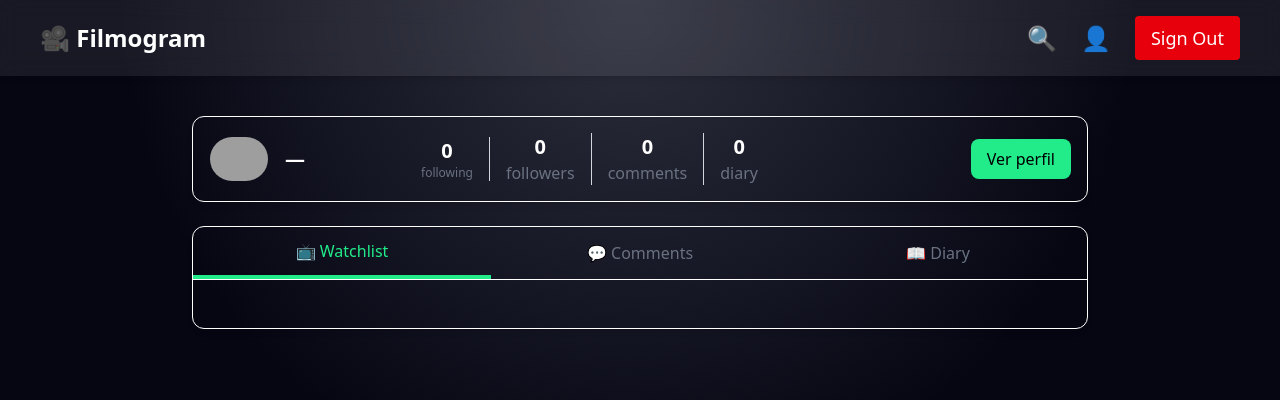
Repository: Leoonard1507/proyecto-final
Page: /client-profile
These files come from the project's save history. The page is drawn as it stood at one moment and after the next save; the edit follows.
The browser window is 1280 px wide. The pictures show the whole page.
Pictures or frames that could not be fetched are drawn as grey boxes. The page's requests for data from a server got no answer. The project was rebuilt for these pictures with package versions that can differ from the ones it lists, and the page was loaded fresh each time. The framework's server and built-in components were replaced by stand-ins that run in the browser. No one was signed in, and anything a server would have sent is missing. Also part of the build but not shown: next.config.ts, src/app/components/profileSections/userWatchlist.tsx, src/app/components/profileSections/userComments.tsx, src/app/components/profileSections/userDiary.tsx, src/libs/axios.ts, src/app/components/profileSections/searchFavsEdit.tsx, src/app/components/profileSections/addFavoritesModal.tsx, src/app/components/profileSections/FavMoviesList.tsx.

Above is the page before, as saved 2025-05-26 13:55:37.

### src/app/layout.tsx
// app/layout.tsx
"use client";

import { SessionProvider } from "next-auth/react";
import "../styles/globals.css";
import { ToastContainer } from 'react-toastify';
import 'react-toastify/dist/ReactToastify.css';


export default function RootLayout({ children }: { children: React.ReactNode }) {
  return (
    <html lang="es">
      <head>
        <title>Filmogram</title>
        <meta name="description" content="Gestiona tu perfil en El Santuario." />
      </head>
      <body className="flex flex-col text-white antialiased">
        {/* Fondo con contenedor dedicado */}
        <div className="min-h-screen w-full bg-radial-pattern">
          <SessionProvider>{children}</SessionProvider>
        </div>
        <ToastContainer />
      </body>
    </html>
  );
}

### src/app/client-profile/page.tsx
"use client";

import { useState, useEffect } from "react";
import { useSession } from "next-auth/react";
import Image from "next/image";
import Navbar from "@/app/components/Navbar";
import { toast } from "react-toastify";
import Watchlist from "../components/profileSections/userWatchlist";
import Comments from "../components/profileSections/userComments";
import Diary from "../components/profileSections/userDiary";
import FavoriteMoviesSection from "../components/profileSections/addFavoritesModal"; // para elegir favs
import FavoriteMoviesList from "../components/profileSections/FavMoviesList"; // para mostrar las favs en el perfil

export default function ProfilePage() {
  const { data: session } = useSession();

  const [name, setName] = useState("");
  const [nickname, setNickname] = useState("");
  const [usermail, setUsermail] = useState("");
  const [role, setRole] = useState("");
  const [birthdate, setBirthdate] = useState("");
  const [loading, setLoading] = useState(false);
  const [isModalOpen, setIsModalOpen] = useState(false);
  const [description, setDescription] = useState("");
  const [avatar, setAvatar] = useState("");
  const [userId, setUserId] = useState("");
  const [showDetails, setShowDetails] = useState(false);
  const [isPasswordModalOpen, setIsPasswordModalOpen] = useState(false);
  const [currentPassword, setCurrentPassword] = useState("");
  const [newPassword, setNewPassword] = useState("");
  const [repeatPassword, setRepeatPassword] = useState("");
  const [activeTab, setActiveTab] = useState("watchlist");
  const [followingCount, setFollowingCount] = useState<number | null>(null);
  const [followerCount, setFollowerCount] = useState<number | null>(null);
  const [commentsCount, setCommentsCount] = useState<number | null>(null);
  const [diaryCount, setDiaryCount] = useState<number | null>(null);

  useEffect(() => {
    if (session?.user?.id) {
      setUserId(session.user.id);
      fetchUserData(session.user.id);
      fetchFollowingCount(session.user.id);
      fetchFollowerCount(session.user.id);
      fetchCommentsCount(session.user.id);
      fetchDiaryCount(session.user.id);
    }
  }, [session]);

  const fetchFollowingCount = async (userId: string) => {
    try {
       const res = await fetch(`/api/seguidos/${userId}`);
      if (!res.ok) throw new Error("Failed to fetch following count");
      const data = await res.json();
      setFollowingCount(data[0]?.following_count ?? 0);
    } catch (error) {
      console.error("Error fetching following count:", error);
      setFollowingCount(0);
    }
  };

  const fetchFollowerCount = async (userId: string) => {
    try {
       const res = await fetch(`/api/seguidores/${userId}`);
      if (!res.ok) throw new Error("Failed to fetch follower count");
      const data = await res.json();
      setFollowerCount(data[0]?.followers_count ?? 0);
    } catch (error) {
      console.error("Error fetching follower count:", error);
      setFollowerCount(0);
    }
  };

  const fetchCommentsCount = async (userId: string) => {
    try {
       const res = await fetch(`/api/countComments/${userId}`);
      if (!res.ok) throw new Error("Failed to fetch comments count");
      const data = await res.json();
      setCommentsCount(data[0]?.comments_count ?? 0);
    } catch (error) {
      console.error("Error fetching comments count:", error);
      setCommentsCount(0);
    }
  };

  const fetchDiaryCount = async (userId: string) => {
    try {
       const res = await fetch(`/api/countDiary/${userId}`);
      if (!res.ok) throw new Error("Failed to fetch diary count");
      const data = await res.json();
      setDiaryCount(data[0]?.diarys_count ?? 0);
    } catch (error) {
      console.error("Error fetching diary count:", error);
      setDiaryCount(0);
    }
  };

  const fetchUserData = async (userId: string) => {
    try {
      const res = await fetch(`/api/user/${userId}`);
      if (!res.ok) throw new Error("No se pudo obtener el usuario");
      const user = await res.json();

      setName(user.name || "");
      setUsermail(user.email || "");
      setRole(user.role || "");
      setBirthdate(user.birthdate || "");
      setNickname(user.nickName || "");
      setDescription(user.description || "");
      setAvatar(user.avatar || `https://api.dicebear.com/7.x/bottts/png?seed=${user.id}`);
      // setFavoriteMovies(user.favorites || []); // Si decides usar favoritas aquí
    } catch (error) {
      console.error("Error al cargar datos del usuario:", error);
    }
  };

  const updateUserProfile = async () => {
    setLoading(true);
    try {
      const dataToSend = {
        nickname,
        name,
        email: usermail,
        role,
        description,
        birthdate,
        avatar,
        currentPassword,
        newPassword,
        // favorites: favoriteMovies,
      };

      const response = await fetch("/api/user/update", {
        method: "POST",
        headers: { "Content-Type": "application/json" },
        body: JSON.stringify(dataToSend),
      });

      if (!response.ok) {
        const errorData = await response.json();
        console.error("Error en la respuesta:", errorData);
        throw new Error(errorData.message || "Error al actualizar el perfil");
      }

      const responseData = await response.json();
      toast.success(responseData.message);

      setIsModalOpen(false);
      setIsPasswordModalOpen(false);
      setCurrentPassword("");
      setNewPassword("");
      setRepeatPassword("");
      await fetchUserData(userId);
    } catch (error: any) {
      toast.error(error.message || "Error al actualizar el perfil");
      console.error(error);
    } finally {
      setLoading(false);
    }
  };

  const handleSubmit = (e: React.FormEvent) => {
    e.preventDefault();
    updateUserProfile();
  };

  return (
    <div className="min-h-screen text-white">
      {/* Navbar */}
      <Navbar />
      {/* Contenedor de perfil */}
      <div className="max-w-4xl mx-auto mt-10 space-y-6">
        {/* Perfil compacto */}
        <div className="flex items-center justify-between border rounded-xl shadow-md p-4">
          <div className="flex items-center space-x-4">
            <Image
              src={avatar || "https://api.dicebear.com/7.x/bottts/png?seed=default"}
              alt="Avatar"
              width={60}
              height={60}
              className="rounded-full border"
            />
            <span className="text-xl font-semibold">{nickname || "—"}</span>
            <div className="flex flex-col ml-25 items-center border-r border-gray-300 pr-4">
              <span className="text-base font-semibold text-xl">
                {followingCount !== null ? followingCount : "0"}
              </span>
              <span className="text-xs text-gray-500">following</span>
            </div>
            <div className="flex flex-col items-center border-r border-gray-300 pr-4">
              <span className="text-base font-semibold text-xl">
                 {followerCount !== null ? followerCount : "0"}
              </span>
              <span className="text-base text-gray-500">followers</span>
            </div>
            <div className="flex flex-col items-center border-r border-gray-300 pr-4">
              <span className="text-base font-semibold text-xl">
                 {commentsCount !== null ? commentsCount : "0"}
              </span>
              <span className="text-base text-gray-500">comments</span>
            </div>
            <div className="flex flex-col items-center">
              <span className="text-base font-semibold text-xl">
                 {diaryCount !== null ? diaryCount : "0"}
              </span>
              <span className="text-base text-gray-500">diary</span>
            </div>
          </div>
          <button
            onClick={() => setShowDetails((prev) => !prev)}
            className="bg-[#22ec8a] text-black px-4 py-2 rounded-lg hover:opacity-70 transition"
          >
            {showDetails ? "Ocultar perfil" : "Ver perfil"}
          </button>
        </div>

        {/* Perfil detallado */}
        {showDetails && (
          <div className="border rounded-xl shadow-inner p-6 space-y-6">
            <div className="grid grid-cols-1 sm:grid-cols-2 gap-4">
              <ProfileField label="Nombre completo" value={name} />
              <ProfileField label="Correo" value={usermail} />
              <ProfileField label="Fecha de nacimiento" value={birthdate} />
              <ProfileField label="Rol" value={role} />
              <div className="sm:col-span-2">
                <ProfileField label="Descripción" value={description} />
              </div>
            </div>
            <div className="flex space-x-4">
              <button
                type="button"
                disabled={loading}
                onClick={() => setIsModalOpen(true)}
                className="bg-[#22ec8a] text-black px-4 py-2 rounded-md hover:opacity-70 transition"
              >
                Editar perfil
              </button>
              <button
                type="button"
                disabled={loading}
                onClick={() => setIsPasswordModalOpen(true)}
                className="bg-gray-200 text-gray-800 px-4 py-2 rounded-md hover:bg-gray-300 transition"
              >
                Cambiar contraseña
              </button>
            </div>
          </div>
        )}

        {/* Mostrar las favoritas */}
        {userId && (
          <div className="border rounded-xl shadow-md p-6 mt-6">
            <FavoriteMoviesList userId={userId} />
          </div>
        )}

        {/* Tabs para mostrar contenido */}
        <div className="border rounded-xl shadow-md">
          <div className="flex border-b">
            <button
              onClick={() => setActiveTab("watchlist")}
              className={`flex-1 py-3 text-center font-medium ${
                activeTab === "watchlist"
                  ? "border-b-4 border-[#22ec8a] text-[#22ec8a]"
                  : "text-gray-500 hover:text-[#22ec8a]"
              }`}
            >
              📺 Watchlist
            </button>
            <button
              onClick={() => setActiveTab("comments")}
              className={`flex-1 py-3 text-center font-medium ${
                activeTab === "comments"
                  ? "border-b-4 border-[#22ec8a] text-[#22ec8a]"
                  : "text-gray-500 hover:text-[#22ec8a]"
              }`}
            >
              💬 Comments
            </button>
            <button
              onClick={() => setActiveTab("diary")}
              className={`flex-1 py-3 text-center font-medium ${
                activeTab === "diary"
                  ? "border-b-4 border-[#22ec8a] text-[#22ec8a]"
                  : "text-gray-500 hover:text-[#22ec8a]"
              }`}
            >
              📖 Diary
            </button>
          </div>
          <div className="p-6">
            {activeTab === "watchlist" && userId && <Watchlist userId={userId} />}
            {activeTab === "comments" && userId && <Comments userId={userId} />}
            {activeTab === "diary" && userId && <Diary userId={userId} />}
          </div>
        </div>
      </div>

      {/* Modal cambiar contraseña */}
      {isPasswordModalOpen && (
        <div className="fixed inset-0 bg-black bg-opacity-40 flex justify-center items-center z-50">
          <div className="bg-white text-black p-8 rounded-lg max-w-md w-full relative shadow-lg">
            <button
              onClick={() => setIsPasswordModalOpen(false)}
              className="absolute top-3 right-3 text-gray-600 hover:text-gray-800 text-xl"
              aria-label="Close password modal"
            >
              ✖
            </button>

            <h2 className="text-2xl font-bold mb-5">Change Password</h2>

            <form
              onSubmit={async (e) => {
                e.preventDefault();
                if (newPassword !== repeatPassword) {
                  alert("Las contraseñas nuevas no coinciden.");
                  return;
                }

                try {
                  await updateUserProfile();
                  setIsPasswordModalOpen(false);
                  setCurrentPassword("");
                  setNewPassword("");
                  setRepeatPassword("");
                } catch (err) {
                  alert(err);
                  console.error(err);
                }
              }}
              className="space-y-4"
            >
              <Input label="Current password" value={currentPassword} onChange={setCurrentPassword} type="password" />
              <Input label="New password" value={newPassword} onChange={setNewPassword} type="password" />
              <Input label="Repeat new password" value={repeatPassword} onChange={setRepeatPassword} type="password" />

              <button
                type="submit"
                className="bg-blue-600 text-white w-full p-2 rounded-lg hover:bg-blue-700 transition"
              >
                Save New Password
              </button>
            </form>
          </div>
        </div>
      )}

      {/* Modal editar perfil */}
      {isModalOpen && (
        <div className="fixed inset-0 bg-black bg-opacity-40 flex justify-center items-center z-50">
          <div className="bg-white text-black p-6 rounded-lg max-w-xl w-full relative shadow-lg space-y-4">
            <button
              onClick={() => setIsModalOpen(false)}
              className="absolute top-3 right-3 text-gray-600 hover:text-gray-800 text-xl"
              aria-label="Close profile edit modal"
            >
              ✖
            </button>

            <h2 className="text-2xl font-bold">Editar perfil</h2>

            <form onSubmit={handleSubmit} className="space-y-4">
              <div>
                <label className="block font-medium mb-1">Avatar</label>
                <div className="flex space-x-3">
                  {["cat", "robot", "alien", "monster", "Sawyer"].map((type) => {
                    const url = `https://api.dicebear.com/7.x/bottts/png?seed=${type}`;
                    return (
                      <Image
                        key={type}
                        src={url}
                        alt={`avatar ${type}`}
                        width={60}
                        height={60}
                        onClick={() => setAvatar(url)}
                        className={`cursor-pointer rounded-full border-2 ${
                          avatar === url ? "border-blue-600" : "border-transparent"
                        }`}
                      />
                    );
                  })}
                </div>
              </div>

              <Input label="Nombre" value={name} onChange={setName} />
              <Input label="Apodo" value={nickname} onChange={setNickname} />
              <Input label="Fecha de nacimiento" value={birthdate} onChange={setBirthdate} />
              <Input label="Descripción" value={description} onChange={setDescription} />

              {/* la sección de películas favoritas */}
              <div>
                <h3 className="font-semibold mb-1">Favorite films</h3>
                {session?.user?.id && <FavoriteMoviesSection userId={session.user.id} />}
              </div>

              <button
                type="submit"
                className="bg-blue-600 text-white w-full py-2 rounded hover:bg-blue-700 disabled:opacity-50"
                disabled={loading}
              >
                {loading ? "Saving..." : "Save Changes"}
              </button>
            </form>
          </div>
        </div>
      )}
    </div>
  );
}

// Componente reutilizable para mostrar campos
function ProfileField({ label, value }: { label: string; value: string }) {
  return (
    <div>
      <label className="block text-sm font-medium text-[#22ec8a] mb-1">{label}</label>
      <p className="text-white border border-gray-700 rounded p-2">{value || "—"}</p>
    </div>
  );
}

// Componente reutilizable de inputs
function Input({
  label,
  value,
  onChange,
  type = "text",
}: {
  label: string;
  value: string;
  onChange: (val: string) => void;
  type?: string; // Nuevo prop opcional
}) {
  return (
    <div>
      <label className="block text-sm font-medium mb-1">{label}</label>
      <input
        type={type}
        value={value}
        onChange={(e) => onChange(e.target.value)}
        className="w-full border border-gray-300 p-2 rounded"
      />
    </div>
  );
}

### src/styles/globals.css
@import "tailwindcss";

html, body {
  margin: 0;
  padding: 0;
  box-sizing: border-box;
}

* {
  box-sizing: inherit;
}

/* Fondo radial aplicado sólo a una clase */
.bg-radial-pattern {
  background: radial-gradient(circle at 49% 0, #2d2f3d, #070714 51%, #060613 52%);
  background-repeat: no-repeat;
  background-size: cover;
  background-attachment: fixed;
}

@layer utilities {
  .mask-fade {
    -webkit-mask-image: radial-gradient(circle, rgba(0, 0, 0, 1) 0%, rgba(0, 0, 0, 0) 100%);
    mask-image: radial-gradient(circle, rgba(0, 0, 0, 1) 0%, rgba(0, 0, 0, 0) 100%);
  }
}

/* Para movie-details */
.fade-mask-movie-details {
  -webkit-mask-image: linear-gradient(to bottom, rgba(0, 0, 0, 1) 10%, rgba(0, 0, 0, 0));
  mask-image: linear-gradient(to bottom, rgba(0, 0, 0, 1) 10%, rgba(0, 0, 0, 0));
  -webkit-mask-size: 100% 100%;
  mask-size: 100% 100%;
  -webkit-mask-repeat: no-repeat;
  mask-repeat: no-repeat;
}

.custom-scrollbar {
  scrollbar-width: thick;
  scrollbar-color: #333 #222;
  overflow-x: auto; /* Para el desplazamiento horizontal */
  overflow-y: auto;
}

.custom-scrollbar::-webkit-scrollbar {
  height: 20px;
}

.custom-scrollbar::-webkit-scrollbar-track {
  background: #222;
}

.custom-scrollbar::-webkit-scrollbar-thumb {
  background: #333;
  border-radius: 10px;
}

.custom-scrollbar::-webkit-scrollbar-thumb:hover {
  background: #6b6b6b;
}

### src/app/components/Navbar.tsx
'use client';

import Link from 'next/link';
import { useRouter } from 'next/navigation';

export default function Navbar() {
    const router = useRouter();

    const handleLogout = () => {
        // Aquí podrías limpiar cookies, localStorage, o llamar a un endpoint
        // Por ahora simulamos cierre de sesión redirigiendo al login
        // localStorage.removeItem('token'); (si lo usas)
        router.push('/');
    };

    return (
        <nav className="sticky top-0 z-50 text-white px-10 py-4 flex justify-between items-center shadow-md bg-white/8 backdrop-blur-md">
            <div className="text-2xl font-bold">
                <Link href="/home-page">🎥 Filmogram</Link>
            </div>
            <ul className="flex space-x-6 items-center text-lg">
                <li>
                    <Link href="/search" className="hover:text-red-400 transition text-2xl">🔍</Link>
                </li>
                <li>
                    <Link href="/client-profile" className="hover:text-red-400 transition text-2xl">👤</Link>
                </li>
                <li>
                    <button
                        onClick={handleLogout}
                        className="bg-red-600 px-4 py-2 rounded hover:bg-red-700 transition"
                    >
                        Sign Out
                    </button>
                </li>
            </ul>
        </nav>
    );
}

After the next save:
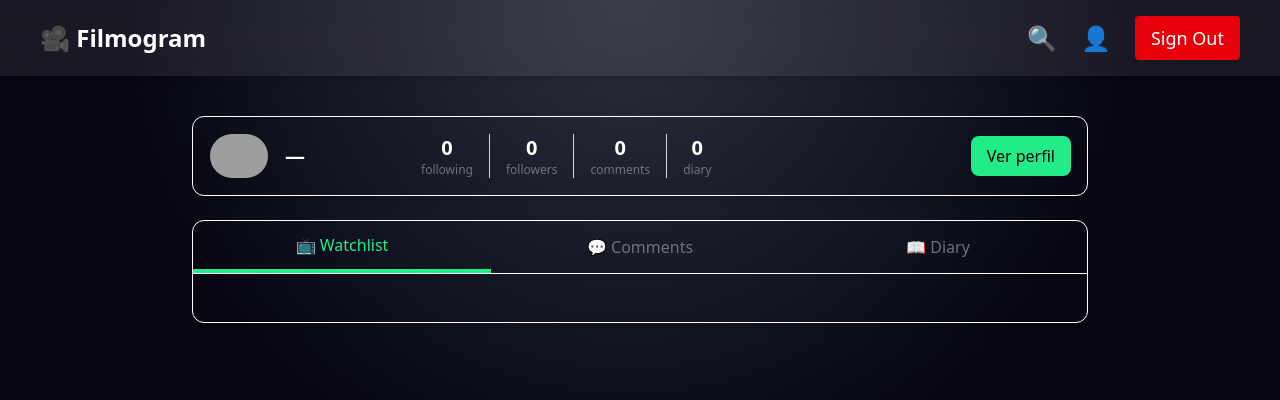
Saved 15 s later.
--- a/src/app/client-profile/page.tsx
+++ b/src/app/client-profile/page.tsx
@@ -190,19 +190,19 @@ export default function ProfilePage() {
               <span className="text-base font-semibold text-xl">
                  {followerCount !== null ? followerCount : "0"}
               </span>
-              <span className="text-base text-gray-500">followers</span>
+              <span className="text-xs text-gray-500">followers</span>
             </div>
             <div className="flex flex-col items-center border-r border-gray-300 pr-4">
               <span className="text-base font-semibold text-xl">
                  {commentsCount !== null ? commentsCount : "0"}
               </span>
-              <span className="text-base text-gray-500">comments</span>
+              <span className="text-xs text-gray-500">comments</span>
             </div>
             <div className="flex flex-col items-center">
               <span className="text-base font-semibold text-xl">
                  {diaryCount !== null ? diaryCount : "0"}
               </span>
-              <span className="text-base text-gray-500">diary</span>
+              <span className="text-xs text-gray-500">diary</span>
             </div>
           </div>
           <button
